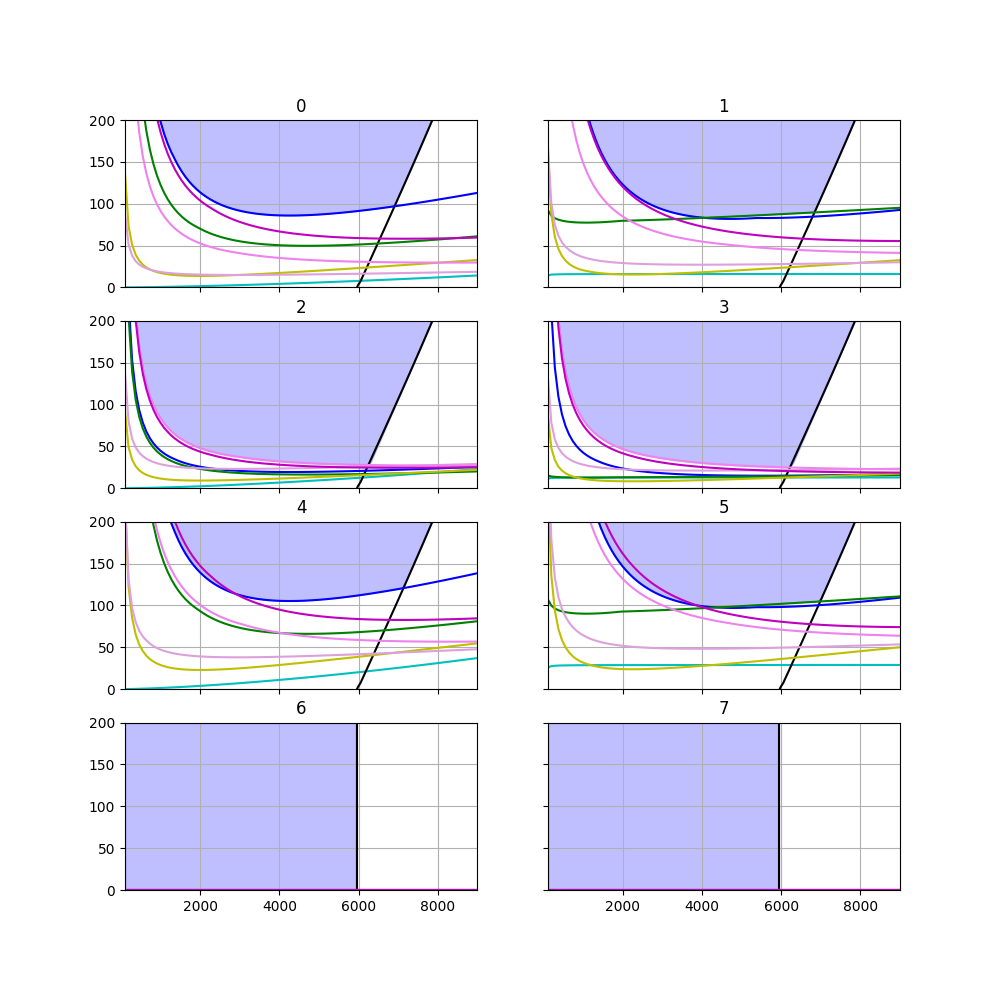
Repository: 12libao/DEA
Script's output: python Sizing_Method/ConstrainsAnalysis/ConstrainsAnalysisPDP1P2.py
An editor plug-in stored every save of this project. The script's output is shown before and after a run of saves, followed by the edit.
Random numbers start from a fixed seed.

Above is the script's output before, as saved 2021-07-12 16:02:58.

### Sizing_Method/ConstrainsAnalysis/ConstrainsAnalysisPDP1P2.py
# author: Bao Li #
# Georgia Institute of Technology #
import sys
import os

sys.path.insert(0, os.getcwd())

import numpy as np
import matplotlib.pylab as plt
import Sizing_Method.Other.US_Standard_Atmosphere_1976 as atm
import Sizing_Method.Aerodynamics.ThrustLapse as thrust_lapse
import Sizing_Method.Aerodynamics.Aerodynamics as ad
import Sizing_Method.ConstrainsAnalysis.ConstrainsAnalysis as ca
import Sizing_Method.ConstrainsAnalysis.ConstrainsAnalysisPD as ca_pd


"""
The unit use is IS standard
"""


class ConstrainsAnalysis_Mattingly_Method_with_DP_turbofun:
    """This is a power-based master constraints analysis"""

    def __init__(self, altitude, velocity, beta, wing_load, Hp=0.5, number_of_motor=12, C_DR=0):
        """

        :param beta: weight fraction
        :param Hp: P_motor/P_total
        :param n: number of motor
        :param K1: drag polar coefficient for 2nd order term
        :param K2: drag polar coefficient for 1st order term
        :param C_D0: the drag coefficient at zero lift
        :param C_DR: additional drag caused, for example, by external stores,
        braking parachutes or flaps, or temporary external hardware

        :return:
            power load: P_WTO
        """

        self.h = altitude
        self.v = velocity
        self.rho = atm.atmosphere(geometric_altitude=self.h).density()

        self.beta = beta
        self.hp = Hp
        self.n = number_of_motor

        # power lapse ratio
        self.alpha = thrust_lapse.thrust_lapse_calculation(altitude=self.h,
                                                           velocity=self.v).high_bypass_ratio_turbofan()

        self.k1 = ad.aerodynamics_without_pd(self.h, self.v).K1()
        self.k2 = ad.aerodynamics_without_pd(self.h, self.v).K2()
        self.cd0 = ad.aerodynamics_without_pd(self.h, self.v).CD_0()
        self.cdr = C_DR

        self.w_s = wing_load
        self.g0 = 9.80665

        self.coefficient = self.hp*self.beta * self.v / self.alpha

        # Estimation of ΔCL and ΔCD
        pd = ad.aerodynamics_with_pd(
            self.h, self.v, Hp=self.hp, n=n, W_S=self.w_s)
        self.q = 0.5 * self.rho * self.v ** 2
        self.cl = self.beta * self.w_s / self.q
        # print(self.cl)
        self.delta_cl = pd.delta_lift_coefficient(self.cl)
        self.delta_cd0 = pd.delta_CD_0()

    def master_equation(self, n, dh_dt, dV_dt):
        cl = self.cl * n + self.delta_cl

        cd = self.k1 * cl ** 2 + self.k2 * cl + self.cd0 + self.cdr + self.delta_cd0
        p_w = self.coefficient * \
            (self.q / (self.beta * self.w_s) *
             cd + dh_dt / self.v + dV_dt / self.g0)
        return p_w

    def cruise(self):
        p_w = ConstrainsAnalysis_Mattingly_Method_with_DP_turbofun.master_equation(
            self, n=1, dh_dt=0, dV_dt=0)
        return p_w

    def climb(self, roc):
        p_w = ConstrainsAnalysis_Mattingly_Method_with_DP_turbofun.master_equation(
            self, n=1, dh_dt=roc, dV_dt=0)
        return p_w

    def level_turn(self, turn_rate=3, v=100):
        """
        assume 2 min for 360 degree turn, which is 3 degree/seconds
        assume turn at 300 knots, which is about 150 m/s
        """
        load_factor = (1 + ((turn_rate * np.pi / 180)
                       * v / self.g0) ** 2) ** 0.5
        p_w = ConstrainsAnalysis_Mattingly_Method_with_DP_turbofun.master_equation(
            self, n=load_factor, dh_dt=0, dV_dt=0)
        return p_w

    def take_off(self):
        """
        A320neo take-off speed is about 150 knots, which is about 75 m/s
        required runway length is about 2000 m
        K_TO is a constant greater than one set to 1.2 (generally specified by appropriate flying regulations)
        """
        Cl_max_to = 2.3  # 2.3
        K_TO = 1.2  # V_TO / V_stall
        s_G = 1266
        p_w = 2 / 3 * self.coefficient / self.v * self.beta * K_TO ** 2 / (
            s_G * self.rho * self.g0 * Cl_max_to) * self.w_s ** (
            3 / 2)
        return p_w

    def stall_speed(self, V_stall_to=65, Cl_max_to=2.3):
        V_stall_ld = 62

        Cl_max_ld = 2.87

        W_S_1 = 1 / 2 * self.rho * V_stall_to ** 2 * \
            (Cl_max_to + self.delta_cl)
        W_S_2 = 1 / 2 * self.rho * V_stall_ld ** 2 * \
            (Cl_max_ld + self.delta_cl)

        W_S = min(W_S_1, W_S_2)
        return W_S

    def service_ceiling(self, roc=0.5):
        p_w = ConstrainsAnalysis_Mattingly_Method_with_DP_turbofun.master_equation(
            self, n=1, dh_dt=roc, dV_dt=0)
        return p_w

    allFuncs = [take_off, stall_speed, cruise,
                service_ceiling, level_turn, climb]


class ConstrainsAnalysis_Mattingly_Method_with_DP_electric:
    """This is a power-based master constraints analysis

    the difference between turbofun and electric for constrains analysis:
    1. assume the thrust_lapse = 1 for electric propution
    2. hp = 1 - hp_turbofun
    """

    def __init__(self, altitude, velocity, beta, wing_load, Hp=0.5, number_of_motor=12, C_DR=0):
        """

        :param beta: weight fraction
        :param Hp: P_motor/P_total
        :param n: number of motor
        :param K1: drag polar coefficient for 2nd order term
        :param K2: drag polar coefficient for 1st order term
        :param C_D0: the drag coefficient at zero lift
        :param C_DR: additional drag caused, for example, by external stores,
        braking parachutes or flaps, or temporary external hardware

        :return:
            power load: P_WTO
        """

        self.h = altitude
        self.v = velocity
        self.rho = atm.atmosphere(geometric_altitude=self.h).density()

        self.beta = beta
        self.hp = Hp  # this is the difference part compare with turbofun
        self.n = number_of_motor

        # power lapse ratio
        self.alpha = 1  # this is the difference part compare with turbofun

        self.k1 = ad.aerodynamics_without_pd(self.h, self.v).K1()
        self.k2 = ad.aerodynamics_without_pd(self.h, self.v).K2()
        self.cd0 = ad.aerodynamics_without_pd(self.h, self.v).CD_0()
        self.cdr = C_DR

        self.w_s = wing_load
        self.g0 = 9.80665

        self.coefficient = self.beta * self.v / self.alpha

        # Estimation of ΔCL and ΔCD
        pd = ad.aerodynamics_with_pd(
            self.h, self.v, Hp=self.hp, n=n, W_S=self.w_s)
        self.q = 0.5 * self.rho * self.v ** 2
        self.cl = self.beta * self.w_s / self.q
        # print(self.cl)
        self.delta_cl = pd.delta_lift_coefficient(self.cl)
        self.delta_cd0 = pd.delta_CD_0()

    def master_equation(self, n, dh_dt, dV_dt):
        cl = self.cl * n + self.delta_cl

        cd = self.k1 * cl ** 2 + self.k2 * cl + self.cd0 + self.cdr + self.delta_cd0
        p_w = self.coefficient * \
            (self.q / (self.beta * self.w_s) *
             cd + dh_dt / self.v + dV_dt / self.g0)
        return p_w

    def cruise(self):
        p_w = ConstrainsAnalysis_Mattingly_Method_with_DP_electric.master_equation(
            self, n=1, dh_dt=0, dV_dt=0)
        return p_w

    def climb(self, roc):
        p_w = ConstrainsAnalysis_Mattingly_Method_with_DP_electric.master_equation(
            self, n=1, dh_dt=roc, dV_dt=0)
        return p_w

    def level_turn(self, turn_rate=3, v=100):
        """
        assume 2 min for 360 degree turn, which is 3 degree/seconds
        assume turn at 300 knots, which is about 150 m/s
        """
        load_factor = (1 + ((turn_rate * np.pi / 180)
                       * v / self.g0) ** 2) ** 0.5
        p_w = ConstrainsAnalysis_Mattingly_Method_with_DP_electric.master_equation(
            self, n=load_factor, dh_dt=0, dV_dt=0)
        return p_w

    def take_off(self):
        """
        A320neo take-off speed is about 150 knots, which is about 75 m/s
        required runway length is about 2000 m
        K_TO is a constant greater than one set to 1.2 (generally specified by appropriate flying regulations)
        """
        Cl_max_to = 2.3  # 2.3
        K_TO = 1.2  # V_TO / V_stall
        s_G = 1266
        p_w = 2 / 3 * self.coefficient / self.v * self.beta * K_TO ** 2 / (
            s_G * self.rho * self.g0 * Cl_max_to) * self.w_s ** (
            3 / 2)
        return p_w

    def stall_speed(self, V_stall_to=65, Cl_max_to=2.3):
        V_stall_ld = 62

        Cl_max_ld = 2.87

        W_S_1 = 1 / 2 * self.rho * V_stall_to ** 2 * \
            (Cl_max_to + self.delta_cl)
        W_S_2 = 1 / 2 * self.rho * V_stall_ld ** 2 * \
            (Cl_max_ld + self.delta_cl)

        W_S = min(W_S_1, W_S_2)
        return W_S

    def service_ceiling(self, roc=0.5):
        p_w = ConstrainsAnalysis_Mattingly_Method_with_DP_electric.master_equation(
            self, n=1, dh_dt=roc, dV_dt=0)
        return p_w

    allFuncs = [take_off, stall_speed, cruise,
                service_ceiling, level_turn, climb]


class ConstrainsAnalysis_Gudmundsson_Method_with_DP_turbofun:
    """This is a power-based master constraints analysis based on Gudmundsson_method"""

    def __init__(self, altitude, velocity, beta, wing_load, Hp=0.5, number_of_motor=12, e=0.75, AR=10.3):
        """

        :param beta: weight fraction
        :param e: wing planform efficiency factor is between 0.75 and 0.85, no more than 1
        :param AR: wing aspect ratio, normally between 7 and 10

        :return:
            power load: P_WTO
        """

        self.h = altitude
        self.v = velocity
        self.beta = beta
        self.w_s = wing_load
        self.g0 = 9.80665

        self.beta = beta
        self.hp = 1 - Hp
        self.n = number_of_motor

        self.rho = atm.atmosphere(geometric_altitude=self.h).density()

        # power lapse ratio
        self.alpha = thrust_lapse.thrust_lapse_calculation(altitude=self.h,
                                                           velocity=self.v).high_bypass_ratio_turbofan()
        h = 2.43  # height of winglets
        b = 35.8
        # equation 9-88, If the wing has winglets the aspect ratio should be corrected
        ar_corr = AR * (1 + 1.9 * h / b)
        self.k = 1 / (np.pi * ar_corr * e)
        self.coefficient = self.beta * self.v / self.alpha

        # Estimation of ΔCL and ΔCD
        pd = ad.aerodynamics_with_pd(
            self.h, self.v, Hp=self.hp, n=n, W_S=self.w_s)
        self.q = 0.5 * self.rho * self.v ** 2
        cl = self.beta * self.w_s / self.q
        self.delta_cl = pd.delta_lift_coefficient(cl)
        self.delta_cd0 = pd.delta_CD_0()

        # TABLE 3-1 Typical Aerodynamic Characteristics of Selected Classes of Aircraft
        cd_min = 0.02
        cd_to = 0.03
        cl_to = 0.8

        self.v_to = 68
        self.s_g = 1480
        self.mu = 0.04

        self.cd_min = cd_min + self.delta_cd0
        self.cl = cl + self.delta_cl

        self.cd_to = cd_to + self.delta_cd0
        self.cl_to = cl_to + self.delta_cl

    def cruise(self):
        p_w = self.q / self.w_s * (self.cd_min + self.k * self.cl ** 2)
        return p_w * self.coefficient

    def climb(self, roc):
        p_w = roc / self.v + self.q * self.cd_min / self.w_s + self.k * self.cl
        return p_w * self.coefficient

    def level_turn(self, turn_rate=3, v=100):
        """
        assume 2 min for 360 degree turn, which is 3 degree/seconds
        assume turn at 100 m/s
        """
        load_factor = (1 + ((turn_rate * np.pi / 180)
                       * v / self.g0) ** 2) ** 0.5
        q = 0.5 * self.rho * v ** 2
        p_w = q / self.w_s * (self.cd_min + self.k *
                              (load_factor / q * self.w_s + self.delta_cl) ** 2)
        return p_w * self.coefficient

    def take_off(self):
        q = self.q / 2
        p_w = self.v_to ** 2 / (2 * self.g0 * self.s_g) + q * self.cd_to / self.w_s + self.mu * (
            1 - q * self.cl_to / self.w_s)
        return p_w * self.coefficient

    def service_ceiling(self, roc=0.5):
        vy = (2 / self.rho * self.w_s *
              (self.k / (3 * self.cd_min)) ** 0.5) ** 0.5
        q = 0.5 * self.rho * vy ** 2
        p_w = roc / vy + q / self.w_s * \
            (self.cd_min + self.k * (self.w_s / q + self.delta_cl) ** 2)
        # p_w = roc / (2 / self.rho * self.w_s * (self.k / (3 * self.cd_min)) ** 0.5) ** 0.5 + 4 * (
        #         self.k * self.cd_min / 3) ** 0.5
        return p_w * self.coefficient

    def stall_speed(self, V_stall_to=65, Cl_max_to=2.3):
        V_stall_ld = 62

        Cl_max_ld = 2.87

        W_S_1 = 1 / 2 * self.rho * V_stall_to ** 2 * \
            (Cl_max_to + self.delta_cl)
        W_S_2 = 1 / 2 * self.rho * V_stall_ld ** 2 * \
            (Cl_max_ld + self.delta_cl)

        W_S = min(W_S_1, W_S_2)
        return W_S

    allFuncs = [take_off, stall_speed, cruise,
                service_ceiling, level_turn, climb]


class ConstrainsAnalysis_Gudmundsson_Method_with_DP_electric:
    """This is a power-based master constraints analysis based on Gudmundsson_method

    the difference between turbofun and electric for constrains analysis:
    1. assume the thrust_lapse = 1 for electric propution
    2. hp = 1 - hp_turbofun
    """

    def __init__(self, altitude, velocity, beta, wing_load, Hp=0.5, number_of_motor=12, e=0.75, AR=10.3):
        """

        :param beta: weight fraction
        :param e: wing planform efficiency factor is between 0.75 and 0.85, no more than 1
        :param AR: wing aspect ratio, normally between 7 and 10

        :return:
            power load: P_WTO
        """

        self.h = altitude
        self.v = velocity
        self.beta = beta
        self.w_s = wing_load
        self.g0 = 9.80665

        self.beta = beta
        self.hp = Hp  # this is the difference part compare with turbofun
        self.n = number_of_motor

        self.rho = atm.atmosphere(geometric_altitude=self.h).density()

        # power lapse ratio
        self.alpha = 1  # this is the difference part compare with turbofun

        h = 2.43  # height of winglets
        b = 35.8
        # equation 9-88, If the wing has winglets the aspect ratio should be corrected
        ar_corr = AR * (1 + 1.9 * h / b)
        self.k = 1 / (np.pi * ar_corr * e)
        self.coefficient = self.beta * self.v / self.alpha

        # Estimation of ΔCL and ΔCD
        pd = ad.aerodynamics_with_pd(
            self.h, self.v, Hp=self.hp, n=n, W_S=self.w_s)
        self.q = 0.5 * self.rho * self.v ** 2
        cl = self.beta * self.w_s / self.q
        self.delta_cl = pd.delta_lift_coefficient(cl)
        self.delta_cd0 = pd.delta_CD_0()

        # TABLE 3-1 Typical Aerodynamic Characteristics of Selected Classes of Aircraft
        cd_min = 0.02
        cd_to = 0.03
        cl_to = 0.8

        self.v_to = 68
        self.s_g = 1480
        self.mu = 0.04

        self.cd_min = cd_min + self.delta_cd0
        self.cl = cl + self.delta_cl

        self.cd_to = cd_to + self.delta_cd0
        self.cl_to = cl_to + self.delta_cl

    def cruise(self):
        p_w = self.q / self.w_s * (self.cd_min + self.k * self.cl ** 2)
        return p_w * self.coefficient

    def climb(self, roc):
        p_w = roc / self.v + self.q * self.cd_min / self.w_s + self.k * self.cl
        return p_w * self.coefficient

    def level_turn(self, turn_rate=3, v=100):
        """
        assume 2 min for 360 degree turn, which is 3 degree/seconds
        assume turn at 100 m/s
        """
        load_factor = (1 + ((turn_rate * np.pi / 180)
                       * v / self.g0) ** 2) ** 0.5
        q = 0.5 * self.rho * v ** 2
        p_w = q / self.w_s * (self.cd_min + self.k *
                              (load_factor / q * self.w_s + self.delta_cl) ** 2)
        return p_w * self.coefficient

    def take_off(self):
        q = self.q / 2
        p_w = self.v_to ** 2 / (2 * self.g0 * self.s_g) + q * self.cd_to / self.w_s + self.mu * (
            1 - q * self.cl_to / self.w_s)
        return p_w * self.coefficient

    def service_ceiling(self, roc=0.5):
        vy = (2 / self.rho * self.w_s *
              (self.k / (3 * self.cd_min)) ** 0.5) ** 0.5
        q = 0.5 * self.rho * vy ** 2
        p_w = roc / vy + q / self.w_s * \
            (self.cd_min + self.k * (self.w_s / q + self.delta_cl) ** 2)
        # p_w = roc / (2 / self.rho * self.w_s * (self.k / (3 * self.cd_min)) ** 0.5) ** 0.5 + 4 * (
        #         self.k * self.cd_min / 3) ** 0.5
        return p_w * self.coefficient

    def stall_speed(self, V_stall_to=65, Cl_max_to=2.3):
        V_stall_ld = 62

        Cl_max_ld = 2.87

        W_S_1 = 1 / 2 * self.rho * V_stall_to ** 2 * \
            (Cl_max_to + self.delta_cl)
        W_S_2 = 1 / 2 * self.rho * V_stall_ld ** 2 * \
            (Cl_max_ld + self.delta_cl)
        W_S = min(W_S_1, W_S_2)
        return W_S

    allFuncs = [take_off, stall_speed, cruise,
                service_ceiling, level_turn, climb]

if __name__ == "__main__":
    n = 100
    w_s = np.linspace(100, 9000, n)
    constrains_name = ['take off', 'stall speed', 'cruise', 'service ceiling', 'level turn @3000m',
                       'climb @S-L', 'climb @3000m', 'climb @7000m']
    constrains = np.array([[0, 68, 0.988, 0.5], [0, 80, 1, 0.5], [11300, 230, 0.948, 0.8],
                           [11900, 230, 0.78, 0.5], [3000, 100, 0.984, 0.8], [0, 100, 0.984, 0.5],
                           [3000, 200, 0.975, 0.6], [7000, 230, 0.96, 0.8]])
    color = ['c', 'k', 'b', 'g', 'y', 'plum', 'violet', 'm']
    label = ['feasible region with PD', 'feasible region with PD', 'feasible region Gudmundsson',
             'feasible region without PD', 'feasible region without PD', 'feasible region Mattingly']
    methods = [ConstrainsAnalysis_Mattingly_Method_with_DP_turbofun,
               ConstrainsAnalysis_Gudmundsson_Method_with_DP_turbofun,
               ConstrainsAnalysis_Mattingly_Method_with_DP_electric,
               ConstrainsAnalysis_Gudmundsson_Method_with_DP_electric,
               ConstrainsAnalysis_Mattingly_Method_with_DP_turbofun,
               ConstrainsAnalysis_Gudmundsson_Method_with_DP_turbofun,
               ca_pd.ConstrainsAnalysis_Mattingly_Method_with_DP,
               ca_pd.ConstrainsAnalysis_Gudmundsson_Method_with_DP]
    subtitle = ["0", "1",'2','3','4','5','6','7']
    m = constrains.shape[0]
    p_w = np.zeros([m, n, 8])

    # plots
    fig, ax = plt.subplots(4, 2, sharex=True, sharey=True, figsize=(10, 10))
    ax = ax.flatten()
    for k in range(8):
        for i in range(m):
            for j in range(n):
                h = constrains[i, 0]
                v = constrains[i, 1]
                beta = constrains[i, 2]
                hp = constrains[i, 3]

                # calculate p_w
                if k < 4:
                    problem = methods[k](h, v, beta, w_s[j], hp)
                    if i >= 5:
                        p_w[i, j, k] = problem.allFuncs[-1](problem, roc=15 - 5 * (i - 5))
                    else:
                        p_w[i, j, k] = problem.allFuncs[i](problem)
                elif k > 5:
                    problem = methods[k](h, v, beta, w_s[j], Hp=0)
                    if i >= 5:
                        p_w[i, j, k] = problem.allFuncs[-1](problem, roc=15 - 5 * (i - 5))
                    else:
                        p_w[i, j, k] = problem.allFuncs[i](problem)
                elif k == 4:
                    if i == 1:
                        problem = methods[k](h, v, beta, w_s[j], hp)
                        p_w[i, j, k] = problem.allFuncs[i](problem)
                    else:
                        p_w[i, j, k] = p_w[i, j, 0] + p_w[i, j, 2]
                else:
                    if i == 1:
                        problem = methods[k](h, v, beta, w_s[j], hp)
                        p_w[i, j, k] = problem.allFuncs[i](problem)
                    else:
                        p_w[i, j, k] = p_w[i, j, 1] + p_w[i, j, 3]

            if i == 1:
                ax[k].plot(p_w[i, :, k], np.linspace(0, 250, n), color=color[i], label=constrains_name[i])
            else:
                ax[k].plot(w_s, p_w[i, :, k], color=color[i], label=constrains_name[i])
        p_w[1, :, k] = 200 / (p_w[1, -1, k] - p_w[1, 20, k]) * (w_s - p_w[1, 2, k])
        ax[k].fill_between(w_s, np.amax(p_w[0:m - 1, :, k], axis=0), 200, color='b', alpha=0.25)
        # plt.xlabel('Wing Load: $W_{TO}$/S (N/${m^2}$)')
        # plt.ylabel('Power-to-Load: $P_{SL}$/$W_{TO}$ (W/N)')
        # ax[k].legend(bbox_to_anchor=(1.002, 1), loc="upper left")
        # plt.gca().add_artist(l1)
        ax[k].set_xlim(100, 9000)
        ax[k].set_ylim(0, 200)
        # plt.tight_layout()
        ax[k].set_title(subtitle[k])
        ax[k].grid()
    plt.show()

### Sizing_Method/Aerodynamics/MachNmuber.py
# author: Bao Li #
# Georgia Institute of Technology #
import sys
import os

sys.path.insert(0, os.getcwd())

import numpy as np
import matplotlib.pylab as plt
import Sizing_Method.Other.US_Standard_Atmosphere_1976 as atm


class mach:
    """Mach Number"""

    def __init__(self, altitude, velocity):
        """

        :input h (m): altitude
               v (m/s): velocity

        :output a: Mach number
        """
        self.h = altitude
        self.v = velocity
        self.atoms = atm.atmosphere(self.h)

    def mach_number(self):
        a = self.v / self.atoms.sound_speed()
        return a

Loaded but not shown: Sizing_Method/ConstrainsAnalysis/ConstrainsAnalysisPD.py (301 lines, source omitted); Sizing_Method/ConstrainsAnalysis/ConstrainsAnalysis.py (271 lines, source omitted); Sizing_Method/Aerodynamics/Aerodynamics.py (174 lines, source omitted); Sizing_Method/Other/US_Standard_Atmosphere_1976.py (166 lines, source omitted); Sizing_Method/Aerodynamics/ThrustLapse.py (91 lines, source omitted)

After the next 5 saves:
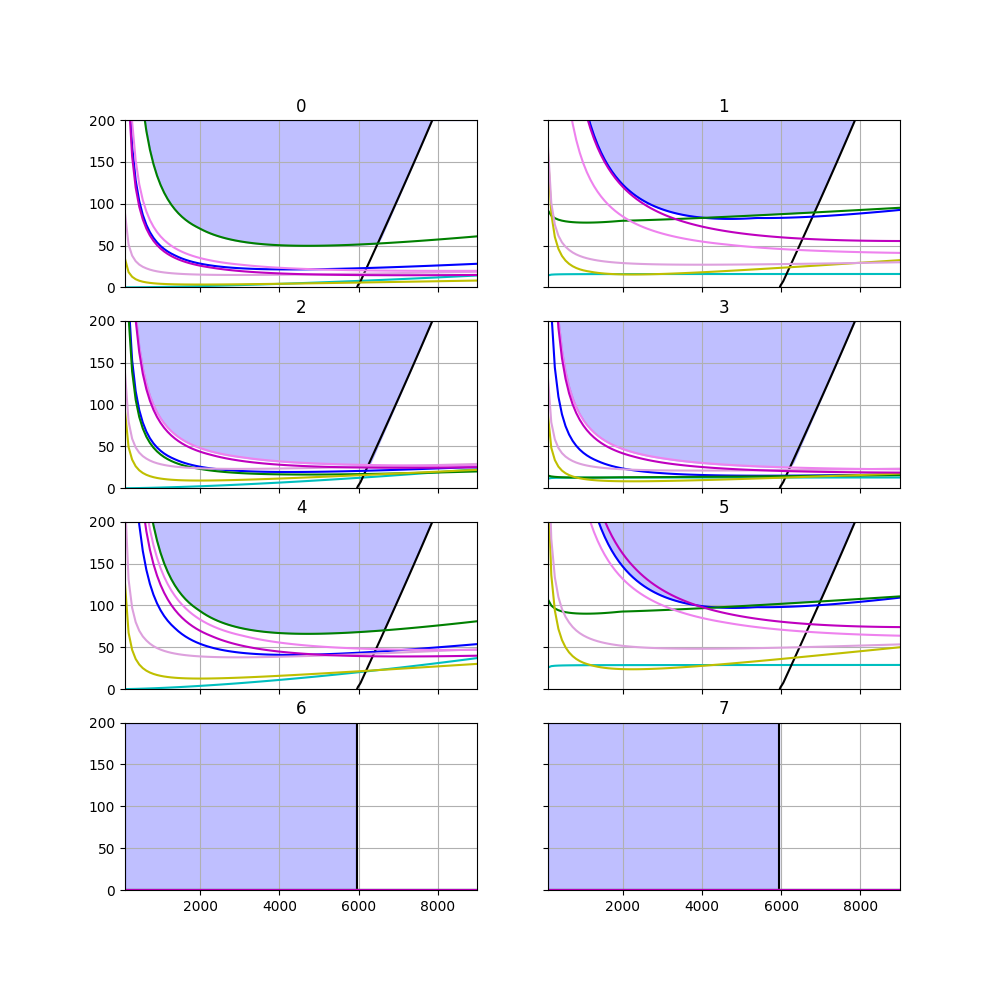
The 5 saves are shown as one change because 1 did not build or start and some came seconds apart.
The last was saved 25 s later.
--- a/Sizing_Method/ConstrainsAnalysis/ConstrainsAnalysisPDP1P2.py
+++ b/Sizing_Method/ConstrainsAnalysis/ConstrainsAnalysisPDP1P2.py
@@ -58,7 +58,7 @@ class ConstrainsAnalysis_Mattingly_Method_with_DP_turbofun:
         self.w_s = wing_load
         self.g0 = 9.80665
 
-        self.coefficient = self.hp*self.beta * self.v / self.alpha
+        self.coefficient = (1 - self.hp) * self.beta * self.v / self.alpha
 
         # Estimation of ΔCL and ΔCD
         pd = ad.aerodynamics_with_pd(
